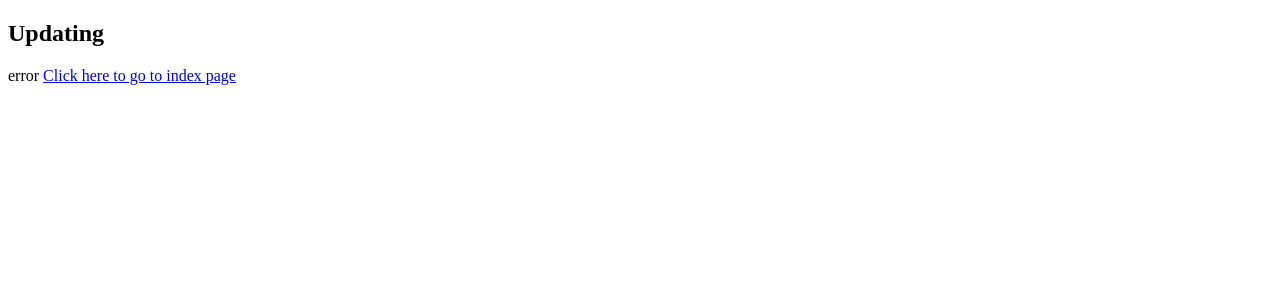
Repository: akhileshrane/ZensarJava
Page: http://localhost/student-crud/updatingStudent.jsp
The author's editor kept a copy of each file at every save. The page is drawn from the files as they stood at one save, then again after the next save.
The browser window is 1280 px wide. The pictures show the whole page.
The page is served by Tomcat 9. Other server files are loaded and not shown.

Above is the page before, as saved 2017-06-28 06:03:14.

### student-crud/WebContent/updatingStudent.jsp
<%@ page language="java" contentType="text/html; charset=UTF-8"
    pageEncoding="UTF-8"%>
<%@page import="java.util.*"%>
<%@page import="akhilesh.*"%>
<!DOCTYPE html PUBLIC "-//W3C//DTD HTML 4.01 Transitional//EN" "http://www.w3.org/TR/html4/loose.dtd">
<html>
<head>
<meta http-equiv="Content-Type" content="text/html; charset=UTF-8">
<title>Insert title here</title>
</head>
<body>
<h2>Updating</h2>
<%
try{
StudentDao studentDao=new StudentDao();
int r=Integer.parseInt(request.getParameter("rollNumber"));
String n= request.getParameter("studentName");
String c= request.getParameter("course");
int a=Integer.parseInt(request.getParameter("age"));
Student student = new Student(r,n,a,c);
studentDao.updateStudent(student);
}
catch(Exception e){
	out.println("error");
}
%>
<a href="index.jsp">Click here to go to index page</a>
</body>
</html>

### student-crud/src/akhilesh/StudentDao.java
package akhilesh;
import java.sql.*;
import java.util.*;

public class StudentDao {
	Student student;

	String driverName = "com.mysql.jdbc.Driver";
	String url= "jdbc:mysql://localhost/akhilesh";
	String userName="root";
	String password="root";
	public List<Student> getAllStudents() throws SQLException, ClassNotFoundException {
		List<Student> allStudentsList = new ArrayList<Student>();

		//Loading the driver

		Class.forName(driverName);
		Connection con= DriverManager.getConnection(url,userName,password);
		Statement st=con.createStatement();
		ResultSet rs=st.executeQuery("select * from student;");
		while(rs.next()) {
			int rollNumber = rs.getInt("rollno");
			String studentName=rs.getString("name");
			int age=rs.getInt("age");
			String course = rs.getString("course");

			Student student = new Student();
			student.setRollNumber(rollNumber);
			student.setName(studentName);
			student.setAge(age);
			student.setCourse(course);
			allStudentsList.add(student);
		}
		con.close();
		st.close();
		rs.close();

		return allStudentsList;

	}
	/*
	 * Add data to db
	 */
	public int addStudent(Student student) throws ClassNotFoundException, SQLException{
		int numberOfStudentsAdded = 0;
		Class.forName(driverName);
		Connection con= DriverManager.getConnection(url,userName,password);
		PreparedStatement st;
		st=con.prepareStatement("insert into student values(?,?,?,?);");
		st.setString(2, student.getName());
		st.setInt(3, student.getAge());
		st.setString(4, student.getCourse());
		st.setInt(1, student.getRollNumber());
		numberOfStudentsAdded=st.executeUpdate();
		System.out.println("Records added: "+numberOfStudentsAdded);
		return numberOfStudentsAdded;
	}
	/*
	 * Update data from db


	public int updateStudent(Student student)throws ClassNotFoundException, SQLException {
		int numberOfStuentsUpdated = 0;
		Class.forName(driverName);
		Connection con= DriverManager.getConnection(url,userName,password);
		Statement st=con.createStatement();
		numberOfStuentsUpdated=st.executeUpdate("UPDATE student SET course="+student.getCourse()+",age="+student.getAge()+",name="+student.getName()+"where rollno="+student.getRollNumber()+";");
		con.close();
		st.close();
		System.out.println("Records updated : "+numberOfStuentsUpdated);
		return numberOfStuentsUpdated;

	}
	*/
	public int updateStudent(Student student)throws ClassNotFoundException, SQLException {
		int numberOfStuentsUpdated = 0;
		Class.forName(driverName);
		Connection con= DriverManager.getConnection(url,userName,password);
		PreparedStatement st;
		st=con.prepareStatement("update student set name=?,age=?,course=? where rollno=?;");
		st.setString(1, student.getName());
		st.setInt(2, student.getAge());
		st.setString(3, student.getCourse());
		st.setInt(4, student.getRollNumber());
		numberOfStuentsUpdated=st.executeUpdate();
		System.out.println("Records updated : "+numberOfStuentsUpdated);
		return numberOfStuentsUpdated;

	}

	public int deleteStudent(int rollNumber) throws ClassNotFoundException, SQLException{
		int numberOfStudentsDeleted = 0;
		Class.forName(driverName);
		Connection con= DriverManager.getConnection(url,userName,password);
		Statement st=con.createStatement();
		numberOfStudentsDeleted=st.executeUpdate("delete from student where rollno="+rollNumber+";");
		con.close();
		st.close();
		System.out.println("Records deleted : "+numberOfStudentsDeleted);
		return numberOfStudentsDeleted;

	}
}

After the next save:
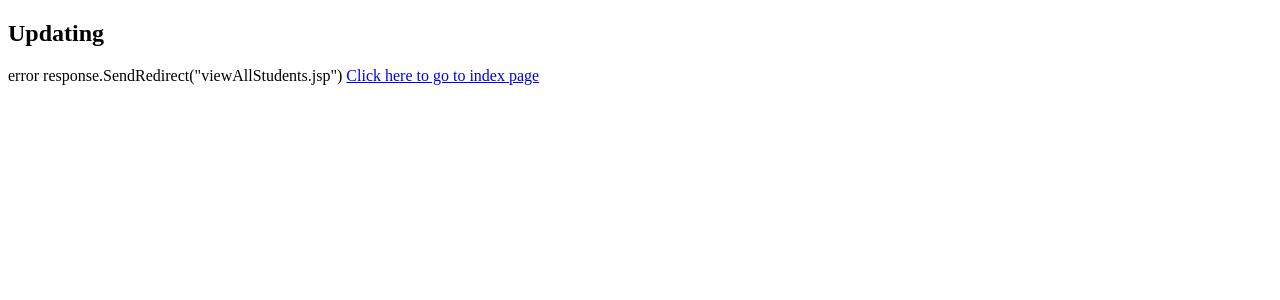
Saved 46 min 53 s later.
--- a/student-crud/WebContent/updatingStudent.jsp
+++ b/student-crud/WebContent/updatingStudent.jsp
@@ -24,6 +24,7 @@ catch(Exception e){
 	out.println("error");
 }
 %>
+response.SendRedirect("viewAllStudents.jsp")
 <a href="index.jsp">Click here to go to index page</a>
 </body>
 </html>
